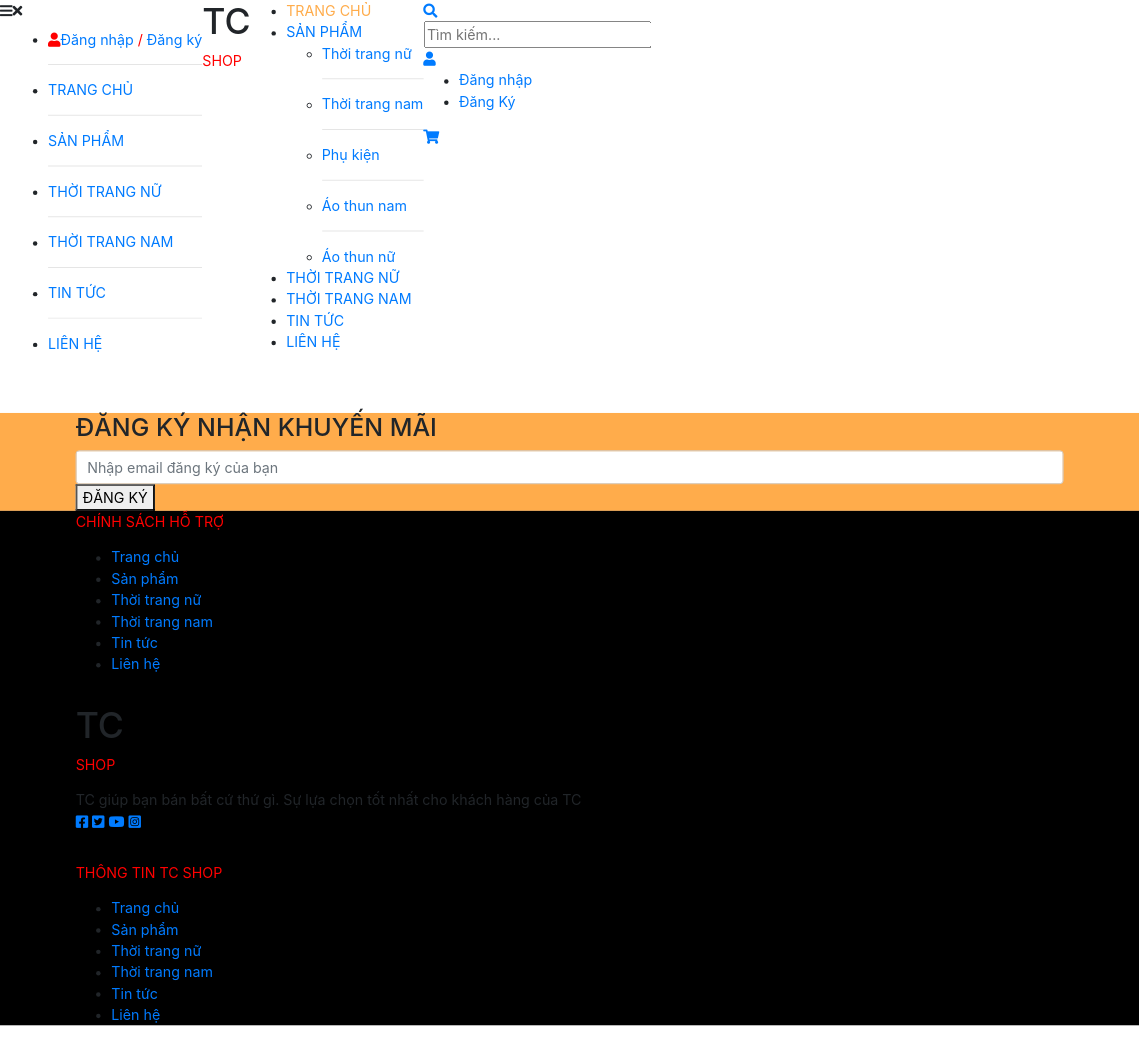
Repository: congthinh1701/TCshop
Page: ThongTinTaiKhoan.html
An editor plug-in stored every save of this project. The page is shown before and after the next save, followed by the edit.
The browser window is 1280 px wide. The pictures show the whole page, at 89% of full size.
The style sheet was rebuilt from its Sass, Less or Tailwind sources for each picture, by a compiler version that may differ from the author's.

Above is the page before, as saved 2021-09-08 16:55:12.

### ThongTinTaiKhoan.html
<!DOCTYPE html>
<html lang="en">
<head>
    <meta charset="UTF-8">
    <meta http-equiv="X-UA-Compatible" content="IE=edge">
    <meta name="viewport" content="width=device-width, initial-scale=1.0">
    <title>Document</title>
    <link rel="stylesheet" href="fontawesome-free-5.15.4-web/css/all.css">
    <link rel="stylesheet" href="sass/style.css">
</head>
<body>
    <div id="headerID"> <!-- your header --> </div>
    <div class="container">
        <div class="trang-tai-khoan">
            <div class="trang-tai-khoan-hello">

            </div>
        </div>
        <div class="thong-tin-tai-khoan">
            <div class="thong-tin-tai-khoan-name">
                <span></span>
            </div>
        </div>
    </div>
    <div id="footerID"> <!-- your header --> </div>
    <script src="https://cdnjs.cloudflare.com/ajax/libs/jquery/3.6.0/jquery.min.js" integrity="sha512-894YE6QWD5I59HgZOGReFYm4dnWc1Qt5NtvYSaNcOP+u1T9qYdvdihz0PPSiiqn/+/3e7Jo4EaG7TubfWGUrMQ==" crossorigin="anonymous" referrerpolicy="no-referrer"></script>
    <script>
        $("#headerID").load("header.html");
        $("#footerID").load("footer.html");
      </script>
</body>
</html>

### header.html
<!DOCTYPE html>
<html lang="en">
<head>
    <meta charset="UTF-8">
    <meta http-equiv="X-UA-Compatible" content="IE=edge">
    <meta name="viewport" content="width=device-width, initial-scale=1.0">
    <title>Document</title>
    <link rel="stylesheet" href="assets/css/style.css">
    <link rel="stylesheet" href="assets/css/base.css">
    <link rel="stylesheet" href="fontawesome-free-5.15.4-web/css/all.css">
    <link rel="stylesheet" href="https://maxcdn.bootstrapcdn.com/bootstrap/4.1.3/css/bootstrap.min.css">
    <script src="https://maxcdn.bootstrapcdn.com/bootstrap/4.1.3/js/bootstrap.min.js"></script>
</head>
<body>
    <div class="container-lg">
        <div class="nav">
            <label for="nav-mobile-input" class="nav_bars-btn">
                <i class="fas fa-bars"></i>
            </label>

            <input hidden type="checkbox" name="" class="nav_input" id="nav-mobile-input">
            <label for="nav-mobile-input" class="nav_overlay"></label>
            <nav class="nav-mobile">
                <label for="nav-mobile-input" class="nav__mobile-close">
                    <i class="fas fa-times"></i>
                </label>
                <ul class="nav__mobile-list">

                    <li class="nav__mobile-list-user">

                        <p><i class="fas fa-user"></i><a href="#">Đăng nhập</a> <span>/</span> <a href="#">Đăng ký</a>
                        </p>
                    </li>
                    <hr>
                    <li>
                        <a href="" class="nav__mobile-link">TRANG CHỦ</a>
                    </li>
                    <hr>
                    <li>
                        <a href="" class="nav__mobile-link">SẢN PHẨM</a>
                    </li>
                    <hr>
                    <li>
                        <a href="" class="nav__mobile-link">THỜI TRANG NỮ</a>
                    </li>
                    <hr>
                    <li>
                        <a href="" class="nav__mobile-link">THỜI TRANG NAM</a>
                    </li>
                    <hr>
                    <li>
                        <a href="" class="nav__mobile-link">TIN TỨC</a>
                    </li>
                    <hr>
                    <li>
                        <a href="" class="nav__mobile-link">LIÊN HỆ</a>
                    </li>
                </ul>
            </nav>
            <div class="nav-logo">
                <h1>TC</h1>
                <p>SHOP</p>
            </div>
            <nav class="nav-pc">
                <ul class="nav__list">
                    <li>
                        <a style="color:#ffac4b" href="home.html" class="nav__link">TRANG CHỦ</a>
                    </li>
                    <li class="options">
                        <a href="" class="nav__link">SẢN PHẨM</a>
                        <div class="nav__link-options">
                            <ul class="nav__link-options-list">
                                <li><a href="#">Thời trang nữ</a></li>
                                <hr>
                                <li><a href="#">Thời trang nam</a></li>
                                <hr>
                                <li><a href="#">Phụ kiện</a></li>
                                <hr>
                                <li><a href="#">Áo thun nam</a></li>
                                <hr>
                                <li><a href="#">Áo thun nữ</a></li>
                            </ul>
                        </div>
                    </li>
                    <li>
                        <a href="" class="nav__link">THỜI TRANG NỮ</a>
                    </li>
                    <li>
                        <a href="" class="nav__link">THỜI TRANG NAM</a>
                    </li>
                    <li>
                        <a href="" class="nav__link">TIN TỨC</a>
                    </li>
                    <li>
                        <a href="" class="nav__link">LIÊN HỆ</a>
                    </li>
                </ul>
            </nav>
            <div class="nav-right">
                <div class="search">
                    <a href="#"><i class="fas fa-search"></i></a>
                    <div class="search-hover">
                        <form>
                            <input class="search" type="text" name="search" placeholder="Tìm kiếm..." />
                        </form>
                    </div>
                </div>
                <div class="user">
                    <a href="#"> <i class="fas fa-user"></i></a>
                    <div class="user-hover">
                        <ul class="user-hover-list">
                            <li class="nav_link"><a href="#">Đăng nhập</a></li>
                            <li><a href="#">Đăng Ký</a></li>
                        </ul>
                    </div>
                </div>
                <div class="shopping">
                    <a href="card.html"><i class="fas fa-shopping-cart"></i></a>

                </div>
            </div>


        </div>
    </div>
</body>
</html>

### footer.html
<!DOCTYPE html>
<html lang="en">
<head>
    <meta charset="UTF-8">
    <meta http-equiv="X-UA-Compatible" content="IE=edge">
    <meta name="viewport" content="width=device-width, initial-scale=1.0">
    <title>Document</title>
    <link rel="stylesheet" href="assets/css/style.css">
    <link rel="stylesheet" href="assets/css/base.css">
    <link rel="stylesheet" href="fontawesome-free-5.15.4-web/css/all.css">
    <link rel="stylesheet" href="https://maxcdn.bootstrapcdn.com/bootstrap/4.1.3/css/bootstrap.min.css">
    <script src="https://maxcdn.bootstrapcdn.com/bootstrap/4.1.3/js/bootstrap.min.js"></script>
</head>
<body>
    <div class="container-lg" style="background-color: #ffac4b; margin-top: 50px;">
        <div class="container dangky">
            <div class="dangky-left">
                <h3>ĐĂNG KÝ NHẬN KHUYẾN MÃI</h3>
            </div>
            <div class="dangky-right">
                <form>
                    <input class="form-control" type="text" placeholder="Nhập email đăng ký của bạn">
                    <button type="button">ĐĂNG KÝ</button>
                </form>
            </div>
        </div>
    </div>

    <div class="container-lg" style="background-color: black">
        <div class="container footer">
            <div class="chinhsach-hotro">
                <p class="header">CHÍNH SÁCH HỖ TRỢ</p>
                <ul class="nav-list">
                    <li class="nav_link"><a href="#">Trang chủ</a></li>
                    <li class="nav_link"><a href="#">Sản phẩm</a></li>
                    <li class="nav_link"><a href="#">Thời trang nữ</a></li>
                    <li class="nav_link"><a href="#">Thời trang nam</a></li>
                    <li class="nav_link"><a href="#">Tin tức</a></li>
                    <li class="nav_link"><a href="#">Liên hệ</a></li>
                </ul>
            </div>
            <hr>
            <div class="ketnoi-shop">
                <h1>TC</h1>
                <p>SHOP</p>
                <span>TC giúp bạn bán bất cứ thứ gì. Sự lựa chọn tốt nhất cho khách hàng của TC</span>
                <div class="mangxahoi">
                    <a href="#"><i class="fab fa-facebook-square"></i></a>
                    <a href="#"><i class="fab fa-twitter-square"></i></a>
                    <a href="#"><i class="fab fa-youtube"></i></a>
                    <a href="#"><i class="fab fa-instagram-square"></i></a>
                </div>
            </div>
            <hr>
            <div class="thongtin-shop">
                <p class="header">THÔNG TIN TC SHOP</p>
                <ul class="nav-list">
                    <li class="nav_link"><a href="#">Trang chủ</a></li>
                    <li class="nav_link"><a href="#">Sản phẩm</a></li>
                    <li class="nav_link"><a href="#">Thời trang nữ</a></li>
                    <li class="nav_link"><a href="#">Thời trang nam</a></li>
                    <li class="nav_link"><a href="#">Tin tức</a></li>
                    <li class="nav_link"><a href="#">Liên hệ</a></li>
                </ul>
            </div>
        </div>
    </div>
</body>
</html>

### assets/css/base.css
:root{
    --primary-color:#EE4D2D;
    --primary-color-rgba:rgb(238,75,43);
    --white-color:#fff;
    --black-color:#000;
    --text-color:#333333;
    --font-weight:700;
    --font-size-product:19px;
    --font-weight-product:400;
    --font-size-price:18px;
    --header-height:120px;
    --navbar-height:34px;
    --header-with-search-height:calc(var(var(--header-height)-var(var(--navbar-height))))

}

### sass/style.scss

$text-color:red;
$text-fontSize:20px;
$text-fontSizeTK:22px;
$fontWeight:500;
p{
    color: $text-color;
}

Loaded but not shown: fontawesome-free-5.15.4-web/css/all.css (library)

After the next save:
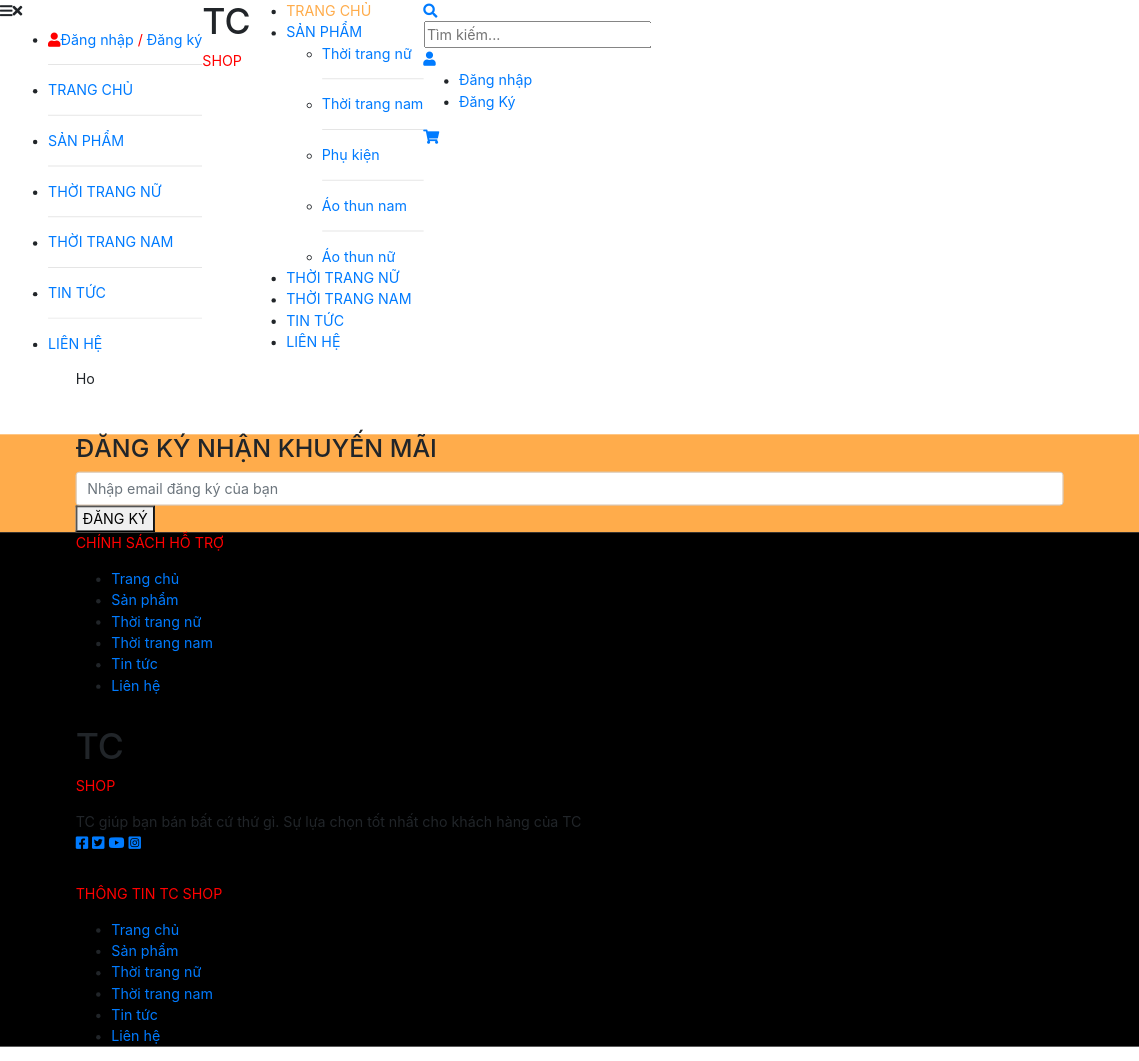
Saved 4 s later.
--- a/ThongTinTaiKhoan.html
+++ b/ThongTinTaiKhoan.html
@@ -18,7 +18,7 @@
         </div>
         <div class="thong-tin-tai-khoan">
             <div class="thong-tin-tai-khoan-name">
-                <span></span>
+                <span>Ho</span>
             </div>
         </div>
     </div>
